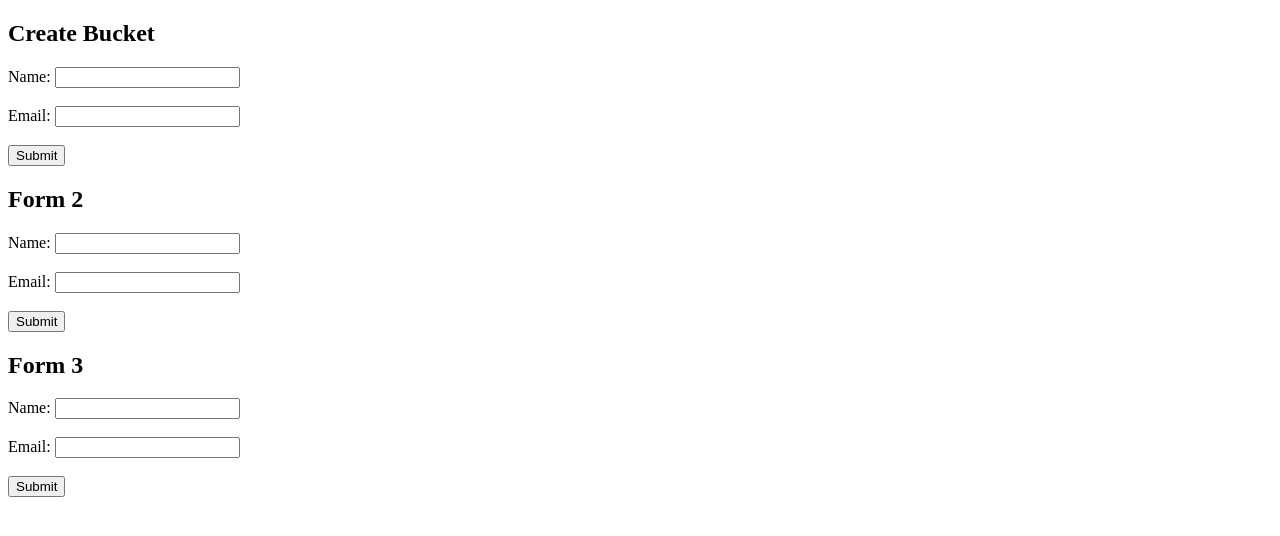
Repository: RajatPalankar8/nodejs_bucket_ball_task_new
Page: http://localhost/
An editor plug-in stored every save of this project. The page is shown before and after the next save, followed by the edit.
The browser window is 1280 px wide. The pictures show the whole page.
The page is served by the project's Node server (index.js).

Above is the page before, as saved 2023-07-17 10:17:11.
Console error: ReferenceError: handleSubmit is not defined

After the next save:
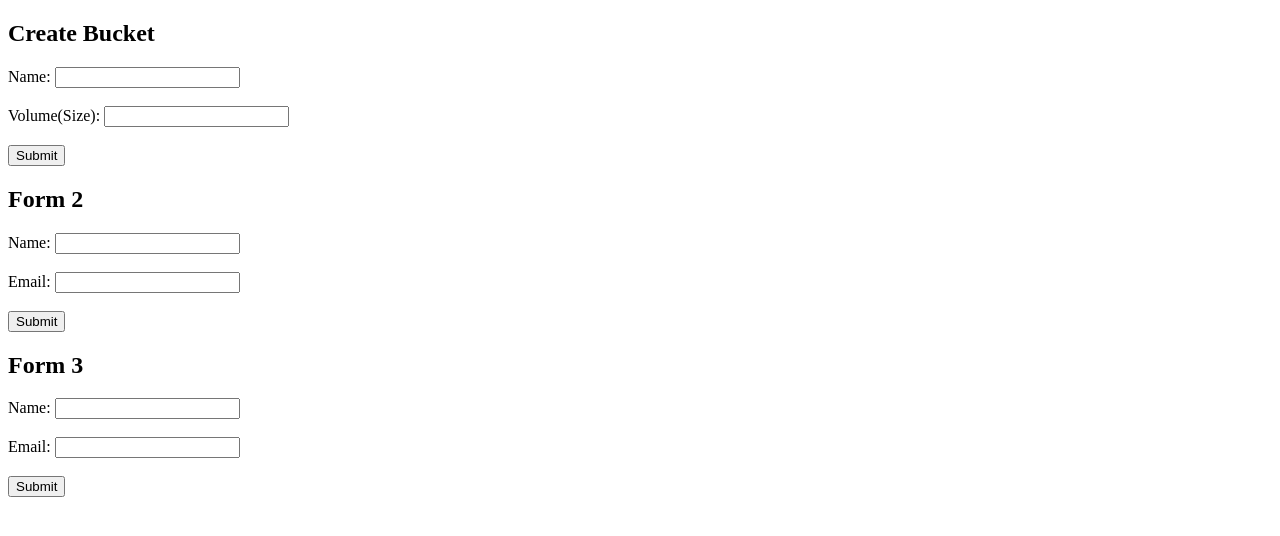
Saved 14 s later.
--- a/views/index.ejs
+++ b/views/index.ejs
@@ -8,7 +8,7 @@
     <h2>Create Bucket</h2>
     <label for="name1">Name:</label>
     <input type="text" id="name" name="name" required><br><br>
-    <label for="email1">Email:</label>
+    <label for="email1">Volume(Size):</label>
     <input type="text" id="vol" name="vol" required><br><br>
     <input type="submit" value="Submit">
     <p id="form1-response"></p>
